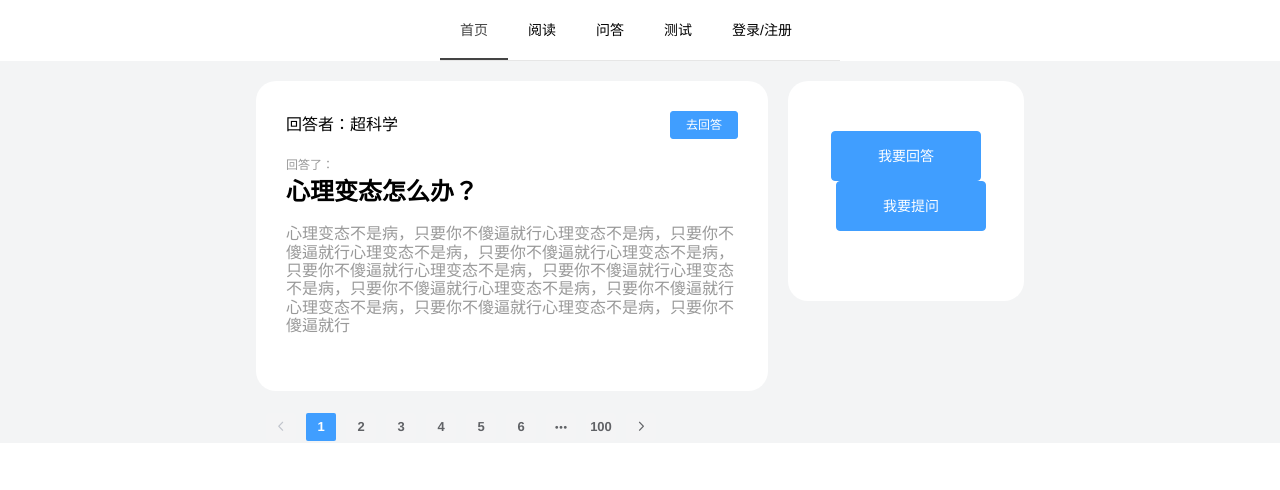
Repository: shengligo/xyx_vue_v1
Page: /qs
The author's editor kept a copy of each file at every save. The page is drawn from the files as they stood at one save, then again after the next save.
The browser window is 1280 px wide. The pictures show the whole page.
The page's requests for data from a server got no answer. The project was rebuilt for these pictures with package versions that can differ from the ones it lists, and the page was loaded fresh each time. No one was signed in, and anything a server would have sent is missing. Also part of the build but not shown: vue.config.js, src/views/home/childComps/Art.vue, src/views/author/authors.vue, src/views/questions/QuestionDetail.vue.

Above is the page before, as saved 2021-09-04 17:15:52.

### public/index.html
<!DOCTYPE html>
<html lang="">
  <head>
    <meta charset="utf-8">
    <meta http-equiv="X-UA-Compatible" content="IE=edge">
    <meta name="viewport" content="width=device-width,initial-scale=1.0">
    <link rel="icon" href="<%= BASE_URL %>favicon.ico">
    <title>project0000001</title>
  </head>
  <body>
    <noscript>
      <strong>We're sorry but <%= htmlWebpackPlugin.options.title %> doesn't work properly without JavaScript enabled. Please enable it to continue.</strong>
    </noscript>
    <div id="app"></div>
    <!-- built files will be auto injected -->
  </body>
</html>

### src/main.js
import Vue from 'vue'
import App from './App.vue'
import router from './router'
import store from './store'
import 'element-ui/lib/theme-chalk/index.css';
import axios from "axios";
axios.defaults.baseURL = "/api"; // http://10.1.2.85:8091/essay
axios.defaults.headers.common["Content-Type"] ="application/json;charset=UTF-8";
axios.defaults.withCredentials = true // 表示跨域请求时是否需要使用凭证
Vue.prototype.$ajax = axios;
import ElementUI from 'element-ui'

Vue.config.productionTip = false
Vue.use(ElementUI)

new Vue({
  router,
  store,
  render: h => h(App)
}).$mount('#app')

### src/App.vue
<template>
  <div id="app">
    <nav-bar ></nav-bar>
    <!-- <carousel></carousel> -->
    <!-- <art></art> -->


    <router-view></router-view>

  </div>
</template>
<script>

import NavBar from './components/common/NavBar'
import Art from '@/views/home/childComps/Art'
// import Carousel from '@/components/common/Carousel'


export default {
  name: "app",
  components:{
    NavBar,
    Art,




  }
};
</script>



<style>
@import url('assets/css/normalize.css');
#app{
  font-family: "Helvetica Neue",Helvetica,"PingFang SC","Hiragino Sans GB","Microsoft YaHei","微软雅黑",Arial,sans-serif;
}



</style>

### src/router/index.js

import Vue from 'vue'
import VueRouter from 'vue-router'
import Write from '../views/author/authors.vue'
import quesDetail from '../views/questions/QuestionDetail.vue'

const Home = () => import('../views/home/Home')

const Question = () => import('../views/questions/Question')
const Read = () => import('../views/read/Read')
const ReadDetail = () => import('../views/read/ReadDetail')
const Test = () => import('../views/testing/Test')
const Login = () => import('../components/common/login/Login')
const originalPush = VueRouter.prototype.push

VueRouter.prototype.push = function push(location) {
  return originalPush.call(this, location).catch(err => err)
}
// fksdljfkjdsjflsdjlfja
Vue.use(VueRouter)

const routes = [
  {
    path: '/',
    name: 'Home',
    component: Home
  },
  {
    path: '/write',
    component: Write
  },
  // {
  //   path: '/home',
  //   name: 'Home',
  //   component: Home
  // },
  {
    path: '/quesDetail/:id',
    name: 'quesDetail',
    component: quesDetail
  },
  {
    path:'/qs',
    name:'Qs',
    component:Question
  },
  {
    path:'/read',
    name:'Read',
    component:Read,
  },
  {
    path: '/ReadDetail',
      name: 'ReadDetail',
      component:ReadDetail,
  },
  {
    path:'/test',
    name:'Test',
    component:Test
  },
  {
    path:'/login',
    name:'Login',
    component:Login
  }
]

const router = new VueRouter({
  mode: 'history',
  base: process.env.BASE_URL,
  routes
})

export default router

### src/store/index.js
import Vue from 'vue'
import Vuex from 'vuex'

Vue.use(Vuex)

export default new Vuex.Store({
  state: {
    activeIndex:'1',
    baceUrl: 'http://10.1.2.85:8091/'
  },
  mutations: {
    ChangeActive (state,index) {
      // console.log(state,index)
      state.activeIndex = index
    }
  },
  actions: {
  },
  modules: {
  }
})

### src/components/common/NavBar.vue
<template>
  <div>
     <div class="nav">

       <el-menu
          :default-active="$store.state.activeIndex"
          class="el-menu-demo"
          mode="horizontal"
          text-color="#000000"
          active-text-color="#444444"
        >
          <el-menu-item index="1" @click="itemclick">首页</el-menu-item>
          <el-menu-item index="2" @click="itemclick2">阅读</el-menu-item>
          <el-menu-item index="3" @click="itemclick3">问答</el-menu-item>
          <el-menu-item index="4" @click="itemclick4">测试</el-menu-item>
          <el-menu-item index="5" @click="itemclick5">登录/注册</el-menu-item>
        </el-menu>

     </div>

  </div>
</template>

<script>


export default {

  name: "navbar",
  data() {
    return {
    }
  },
  methods:{
    itemclick(){
      console.log('itemclick');
      this.$router.push("/")
    },
    itemclick2(){
      this.$router.push("/read")
    },
    itemclick3(){
      this.$router.push("./qs")
    },
    itemclick4(){
      this.$router.push('./test')
    },
    itemclick5(){
      this.$router.push('/login')
    }

  },

};
</script>

<style scoped>
.nav{

  margin: 0 auto;
  /* background-color: rgba(217, 221, 221, 0.918);
   */
   /* background-color: #5880A9; */
  padding: 0;


}
.nav>.el-menu{
  width: 400px;
  margin: 0 auto;
  /* background-color: rgba(217, 221, 221, 0.918); */
}

</style>

### src/views/questions/Question.vue
<template>
  <div id="question">
    <div class="bodyCenter">
      <div class="bodyright">
        <div v-for="(item, index) in results" :key="index" class="rightbox" @click="goAnswer(item.quizId)">
          <div>
            <div class="answerer">
              <span>回答者：{{ item.answerer }}</span>
              <el-button type="primary" size="mini">去回答</el-button>
            </div>
            <div class="time">{{item.createTime}} 回答了：</div>
            <h2 class="title">{{ item.title }}</h2>
            <div class="answerContent">{{ item.answerContent }}</div>
          </div>
        </div>
        <el-pagination background layout="prev, pager, next" :total="1000">
        </el-pagination>
      </div>
      <div class="bodyleft">
        <div class="leftbox">
          <div class="leftboxbutton">
            <el-button type="primary">我要回答</el-button>
            <el-button type="primary">我要提问</el-button>
          </div>
        </div>
      </div>
    </div>
  </div>
</template>

<script>
export default {
  name: "question",
  data() {
    return {
      results: [
        {
          title: "心理变态怎么办？",
          quizzer: "花开富贵",
          quizContent: "心理超级变态是不是没救了",
          quizType: null,
          status: null,
          label: null,
          answerer: "超科学",
          answerContent:
            "心理变态不是病，只要你不傻逼就行心理变态不是病，只要你不傻逼就行心理变态不是病，只要你不傻逼就行心理变态不是病，只要你不傻逼就行心理变态不是病，只要你不傻逼就行心理变态不是病，只要你不傻逼就行心理变态不是病，只要你不傻逼就行心理变态不是病，只要你不傻逼就行心理变态不是病，只要你不傻逼就行",
          likePoint: 0
        }
      ]
    };
  },
  mounted() {
    this.getData();
  },
  methods: {
    async getData() {
      var params = {
        pageNum:1,
          pageSize:10
      };
      // $ajax请求
      const url = "quiz/getAnswerList";
      await this.$ajax
        .get(url, {params})
        .then(res => {
          const { data } = res;
          console.log(data);
          if (data.code === "000000") {
            // this.$message.success("加载完成");
            this.results =  data.data.results || []
          } else {
            this.$message.error("暂无权限");
          }
        })
        .catch(() => {
          this.$message.error("网络异常");
        });
    },
    goAnswer(id) {
      this.$router.push(`/quesDetail/${id}`)
    }
  }
};
</script>

<style scoped>
#question {
  width: 100%;
  height: 100%;
  padding-top: 20px;
  background-color: rgb(243, 244, 245);
}
.bodyCenter {
  width: 60%;
  /* height: 500px; */
  margin: 0 auto;
  display: flex;
  /* border: 1px solid red; */
}
.bodyright {
  /* border: 1px solid blue; */
  /* width: 40%; */
  flex: 2;
  /* height: 500px; */
}
.bodyleft {
  /* border: 1px solid blue; */
  /* width: 20%; */
  flex: 1;
  /* height: 500px; */
}
.rightbox {
  height: 250px;
  width: calc(100% - 60px);
  padding: 30px;
  margin-bottom: 20px;
  border-radius: 20px;
  background-color: #fff;
}
.answerer {
  display: flex;
  justify-content: space-between;
  line-height: 28px;
}
.time {
  margin-top: 20px;
  font-size: 12px;
  color: #999;
}
.title {
  margin-top: 5px;
}
.answerContent {
  color: #999;
}
.leftbox {
  margin-left: 20px;
  padding: 50px 10px;
  height: 120px;
  border-radius: 20px;
  background-color: #fff;
}
.leftboxbutton {
  text-align: center;
}
.leftboxbutton button {
  width: 150px;
  height: 50px;
}
.pagination {
  width: calc(100% - 60px);
  padding: 10px;
  text-align: center;
  margin-bottom: 20px;
  border-radius: 20px;
  background-color: #fff;
}
</style>

Loaded but not shown: src/assets/css/normalize.css (library)

After the next save:
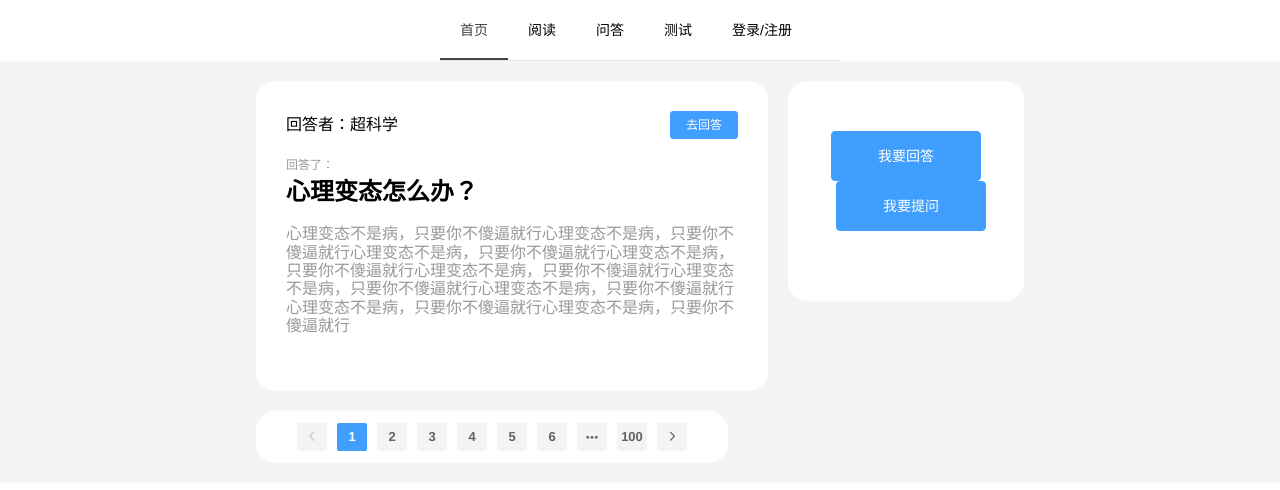
Saved 40 s later.
--- a/src/views/questions/Question.vue
+++ b/src/views/questions/Question.vue
@@ -13,9 +13,15 @@
             <div class="answerContent">{{ item.answerContent }}</div>
           </div>
         </div>
-        <el-pagination background layout="prev, pager, next" :total="1000">
-        </el-pagination>
+        <div class="pagination">
+          <el-pagination background layout="prev, pager, next" :total="1000">
+          </el-pagination>
+        </div>
+
+
       </div>
+
+
       <div class="bodyleft">
         <div class="leftbox">
           <div class="leftboxbutton">
